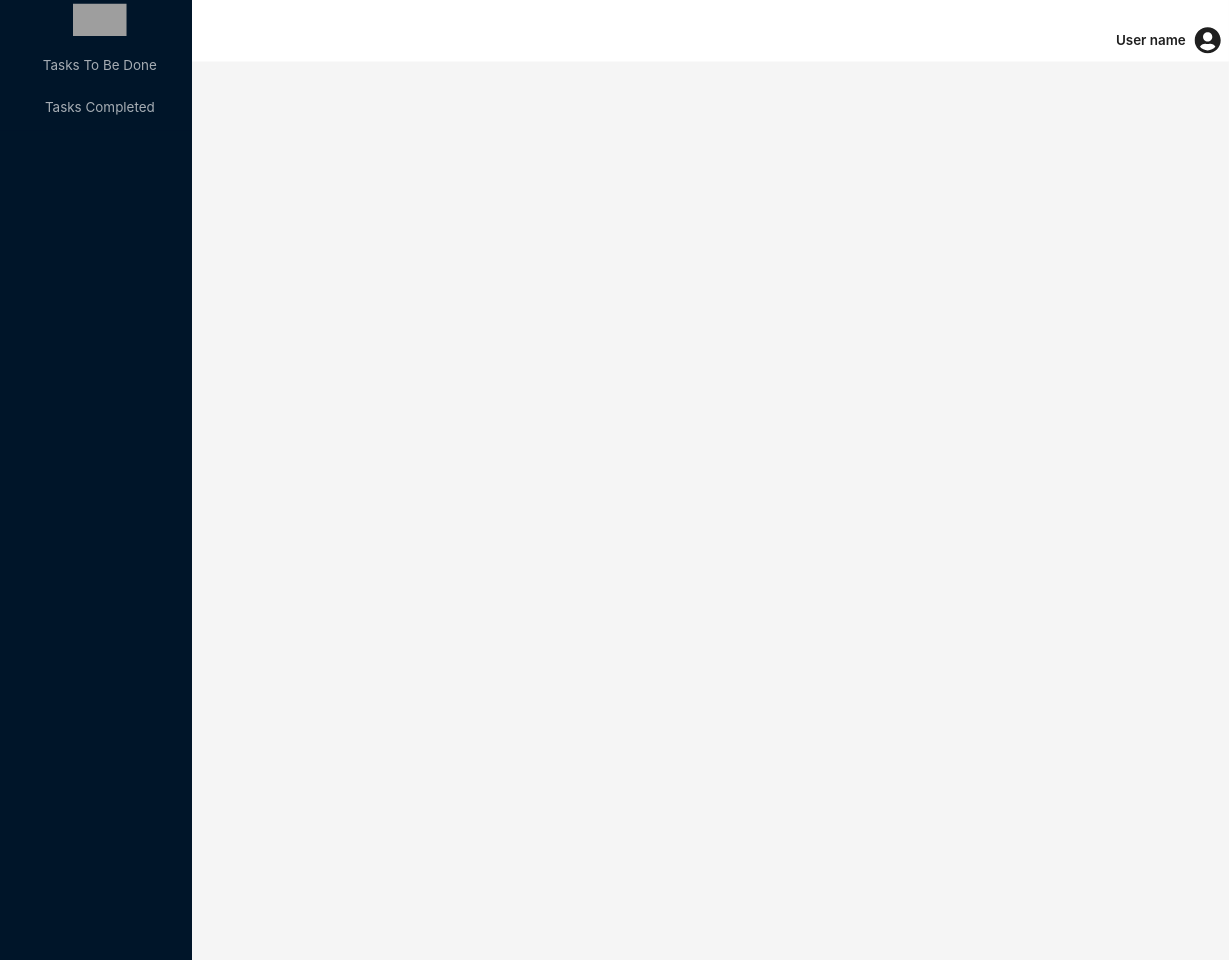
Repository: runner855/todolist_new
Page: /
An editor plug-in stored every save of this project. The page is shown before and after the next save, followed by the edit.
The browser window is 1280 px wide. The pictures show the whole page, at 96% of full size.
Pictures or frames that could not be fetched are drawn as grey boxes. The project was rebuilt for these pictures with package versions that can differ from the ones it lists, and the page was loaded fresh each time.

Above is the page before, as saved 2023-03-19 18:44:50.

After the next save:
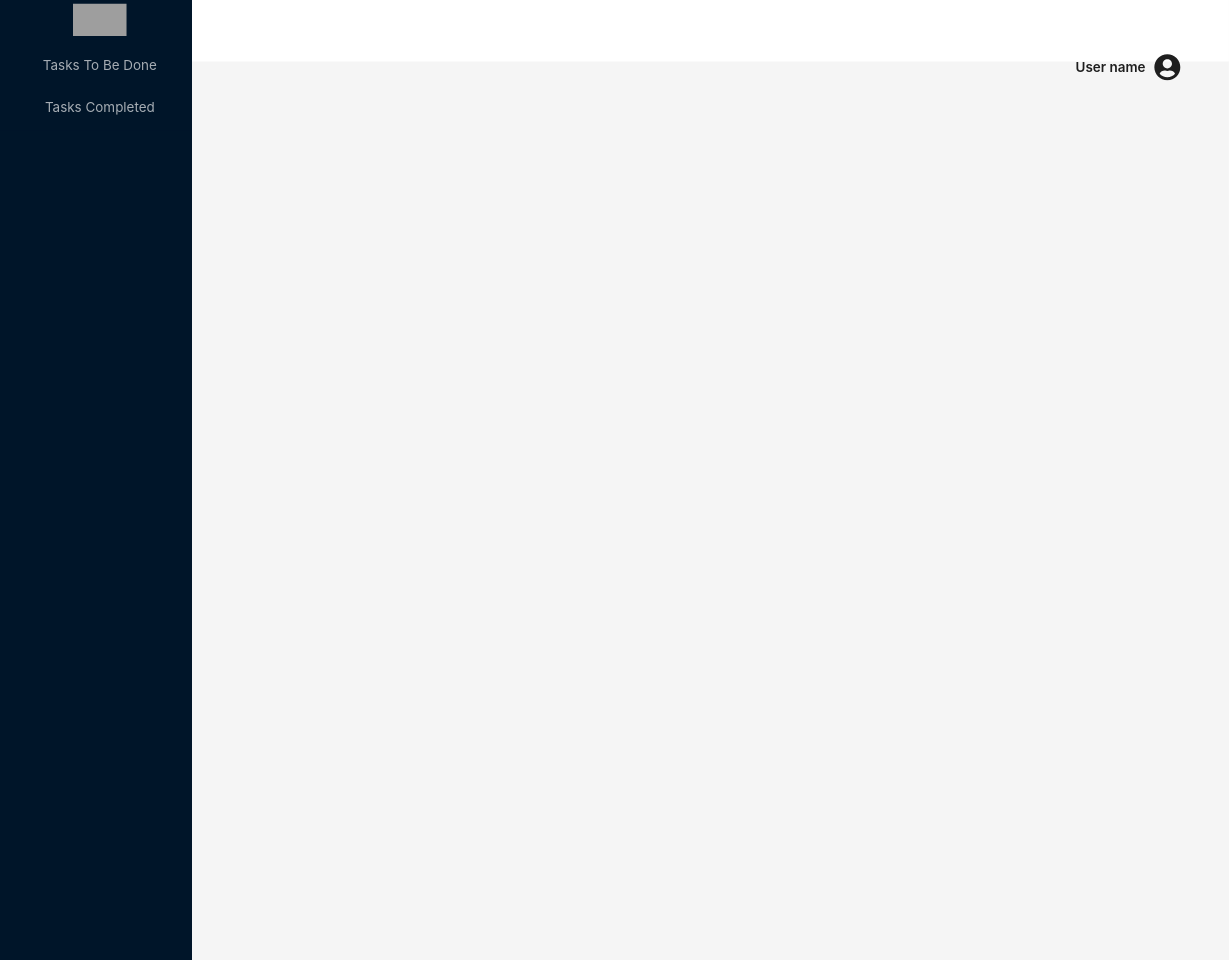
Saved 2 min 6 s later.
--- a/src/components/NavBar/NavBar.css
+++ b/src/components/NavBar/NavBar.css
@@ -12,6 +12,7 @@
   display: flex;
   flex-direction: row;
   justify-content: right;
+  margin: 3em;
 }
 
 .user_icon {

After the save that followed:
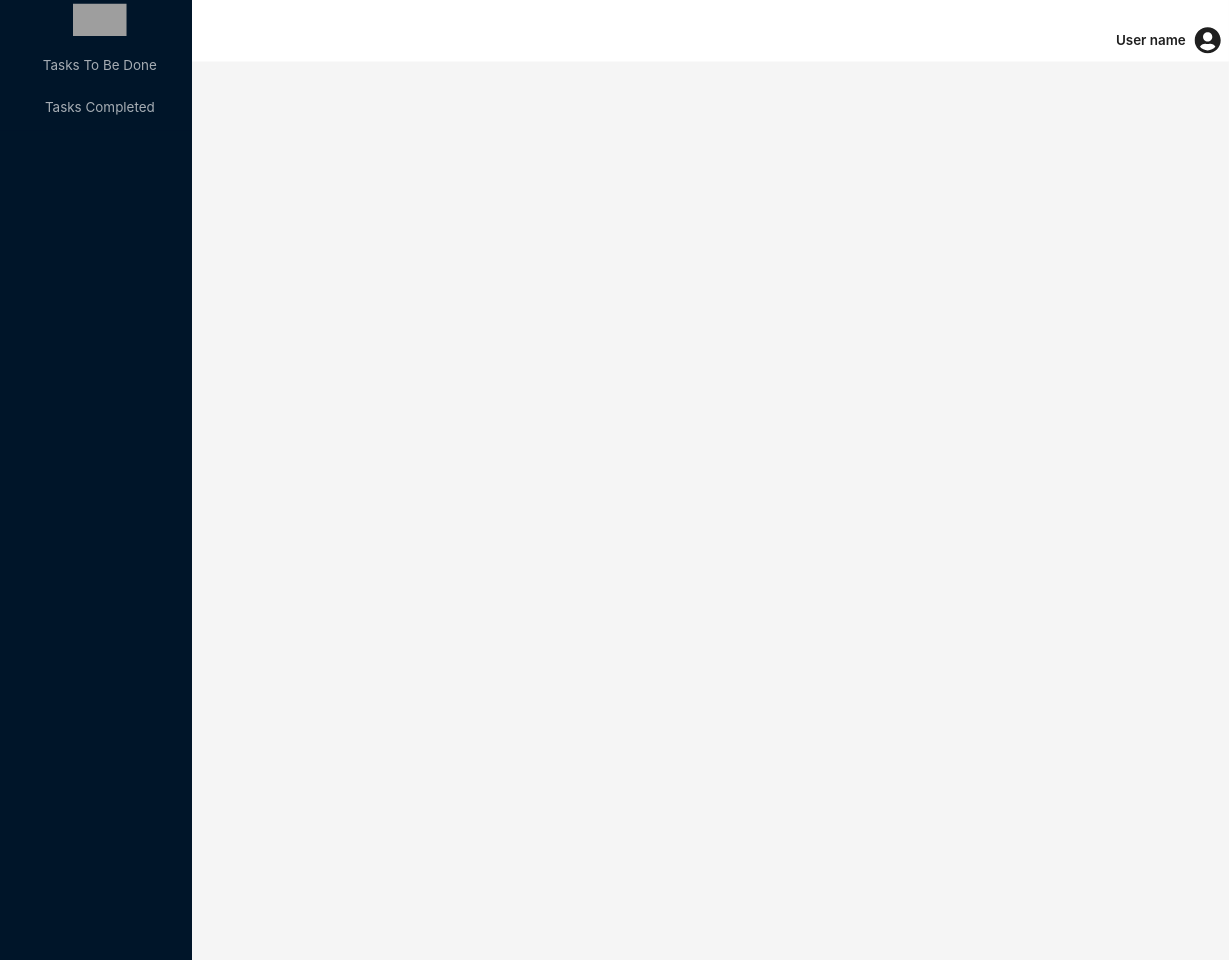
Saved 8 s later.
--- a/src/components/NavBar/NavBar.css
+++ b/src/components/NavBar/NavBar.css
@@ -12,7 +12,7 @@
   display: flex;
   flex-direction: row;
   justify-content: right;
-  margin: 3em;
+  margin-bottom: 2em;
 }
 
 .user_icon {
